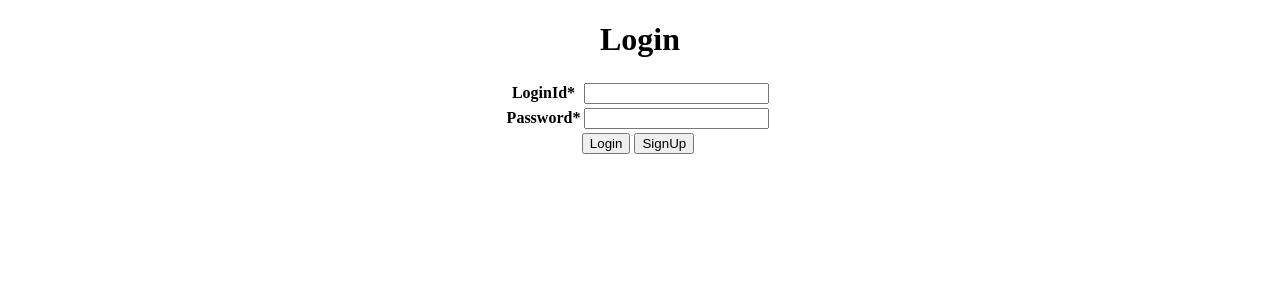
Repository: Shubh2580/Advance-java
Page: http://localhost/Maven_Project/Loginview.jsp
An editor plug-in stored every save of this project. The page is shown before and after the next save, followed by the edit.
The browser window is 1280 px wide. The pictures show the whole page.
The page is served by Tomcat 9.

Above is the page before, as saved 2022-05-20 12:49:24.

### advance java/Maven_Project/src/main/webapp/Loginview.jsp
<%@ page language="java" contentType="text/html; charset=ISO-8859-1"
    pageEncoding="ISO-8859-1"%>
<!DOCTYPE html>
<html>
<head>
<meta charset="ISO-8859-1">

<title>Login</title>
</head>
<body align="center">
	<form action="login"  method="post">
		<h1 align="center">Login</h1>
		<%
				String err = (String) request.getAttribute("err");
				if (err != null) {
			%><font color="red"> <%=err%></font>
			<%
				}
			%>

		<table align="center">
			<tr>
				<th>LoginId*</th>
				<td><input type="text" name="login" value=""></td>
				<td>
				<%
							String err1 = (String) request.getAttribute("err1");
							if (err1 != null) {
						%><font color="red"> <%=err1%></font> <%
 	}
 %>
					</td>
			</tr>
			<tr>
				<th>Password*</th>
				<td><input type="password" name="pwd" value=""></td>
			<td>
			<%
							String err2 = (String) request.getAttribute("err2");
							if (err2 != null) {
						%><font color="red"> <%=err2%></font> <%
 	}
 %>
			</td>
			</tr>
           <tr>
				<td align="center" colspan="2" style="margin-left: 100px">
				<input type="submit"  value="Login"><a href="UserRegistrationView.jsp"></a>
				<input type="submit"  value="SignUp" name="UserRegistrationView.jsp">
				</td>
			</tr>

		</table>
	</form>

</body>
</html>

After the next save:
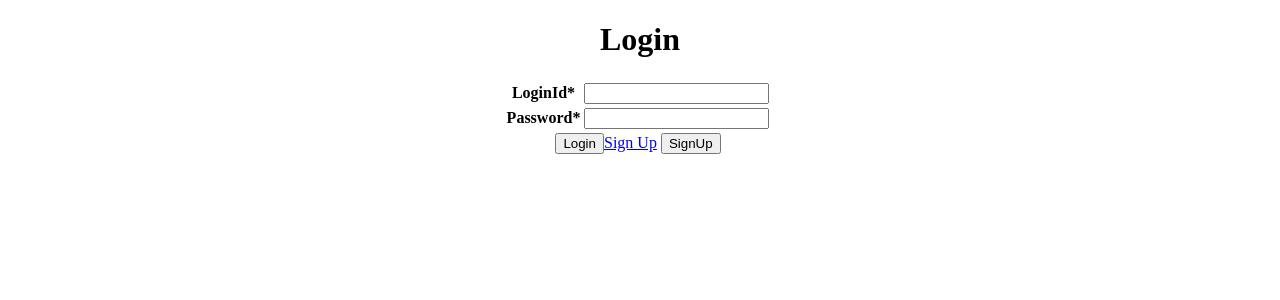
Saved 3 min 51 s later.
--- a/advance java/Maven_Project/src/main/webapp/Loginview.jsp
+++ b/advance java/Maven_Project/src/main/webapp/Loginview.jsp
@@ -45,7 +45,7 @@
 			</tr>
            <tr>
 				<td align="center" colspan="2" style="margin-left: 100px">
-				<input type="submit"  value="Login"><a href="UserRegistrationView.jsp"></a>
+				<input type="submit"  value="Login"><a href="UserRegistrationView.jsp">Sign Up</a>
 				<input type="submit"  value="SignUp" name="UserRegistrationView.jsp">
 				</td>
 			</tr>
